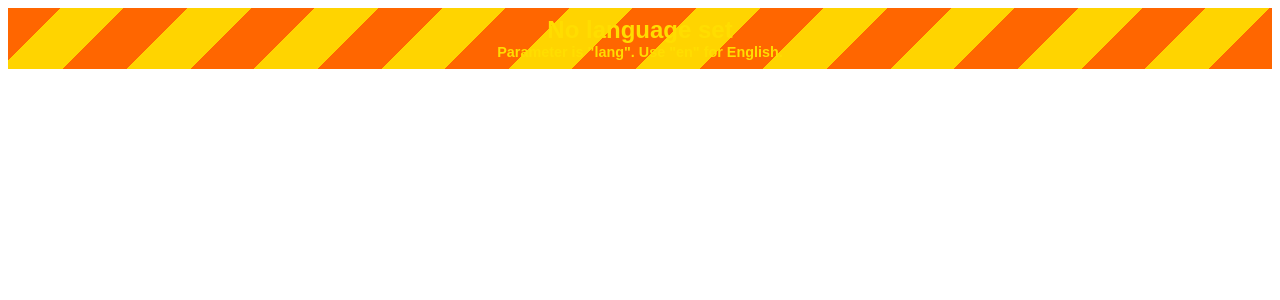
Repository: cirisus/ArknighTimer
Page: timer.html
An editor plug-in stored every save of this project. The page is shown before and after the next save, followed by the edit.
The browser window is 1280 px wide. The pictures show the whole page.

Above is the page before, as saved 2024-03-09 11:44:54.

### timer.html
<!DOCTYPE html>
<html>
  <head>
    <meta charset="UTF-8">
    <meta name="description" content="明日方舟同人中文站计时器本体">
    <meta name="keywords" content="arknights,wiki,timer">
    <link rel="stylesheet" href="/ArknighTimer/timer.css">
    <script src="/ArknighTimer/timer.js"></script>
    <title>计时器初始化中……</title>
  </head>

  <body>
    <noscript>This application requires Javascript to function.</noscript>

    <div id="timer">
      <h2 id="title"></h2>

      <div id="clock">
        <div id="years-div" class="unit">
          <span id="years" class="unit-value"></span>
          <span id="years-label" class="unit-label"></span>
        </div>

        <div id="months-div" class="unit">
          <span id="months" class="unit-value"></span>
          <span id="months-label" class="unit-label"></span>
        </div>

        <div id="days-div" class="unit">
          <span id="days" class="unit-value"></span>
          <span id="days-label" class="unit-label"></span>
        </div>

        <div id="hours-div" class="unit">
          <span id="hours" class="unit-value"></span>
          <span id="hours-label" class="unit-label"></span>
        </div>

        <div id="minutes-div" class="unit">
          <span id="minutes" class="unit-value"></span>
          <span id="minutes-label" class="unit-label"></span>
        </div>

        <div id="seconds-div" class="unit">
          <span id="seconds" class="unit-value"></span>
          <span id="seconds-label" class="unit-label"></span>
        </div>
      </div>
    </div>
  </body>
</html>

### timer.css
@import url('https://fonts.googleapis.com/css2?family=Bebas+Neue&display=swap');
:root {
  --primary-accent: 255, 102, 0;
  --secondary-accent: 255, 212, 0;
  --scale-3: 80,80,80;
}
body {
  font-family: Arial, sans-serif;
}
#timer {
  display: grid;
  grid-auto-columns: 1fr;
  grid-auto-rows: 1fr;
  grid-template-columns: 1fr;
  grid-template-rows: min-content 1fr;
  gap: 1px 1px;
  grid-template-areas:
    "title"
    "countdown";

  padding: 0.5rem;
  border-color: rgb(var(--primary-accent));
  background: repeating-linear-gradient(-45deg, rgb(var(--primary-accent)), rgb(var(--primary-accent)) 45px, rgb(var(--secondary-accent)) 0, rgb(var(--secondary-accent)) 90px);
}
#title {
  grid-area: title;
  text-align: center;
  margin-block-start: 0;
  margin-block-end: 0;
}

#clock {
  grid-area: countdown;
  color: #f3f2ec;
  background-color: rgb(var(--scale-3));
  -webkit-backdrop-filter: blur(5rem);
  backdrop-filter: blur(5rem);
  text-align: center;
  border-radius: 0.25em;
  margin: .5em
}

.unit {
  display: inline-block;
  margin: 0.5em;
}

.unit-value {
  font-family: "Bebas Neue", sans-serif;
  font-size: 2em;
  background-color: #ccc;
  border-radius: 0.25em;
  padding: 0.15em;
}

.unit-label {
  font-size: 1.5em;
}

/* Basic utility classes */
.hidden {
  display: none;
}

.error {
  color: #fd0;
}

.error-secondary {
  font-size: 0.6em;
}

.progress {
  color: black;
}

.finished {
  color: #282;
}

### timer.js
// Constants
var SECONDS_MS = 1000;
var MINUTES_MS = SECONDS_MS * 60;
var HOURS_MS = MINUTES_MS * 60;
var DAYS_MS = HOURS_MS * 24;

var SECONDS_ENUM = 0;
var MINUTES_ENUM = 1;
var HOURS_ENUM = 2;
var DAYS_ENUM = 3;
var MONTHS_ENUM = 4;
var YEARS_ENUM = 5;

// Initialization errors are only in English unfortunately.
function setError(primary, secondary = null) {
  var titleElement = document.getElementById('title');
  titleElement.classList.add('error');
  titleElement.innerText = primary;

  var clockElement = document.getElementById('clock');
  clockElement.classList.add('hidden');

  if (secondary) {
    var messageElement = document.createElement('div');
    messageElement.classList.add('error-secondary');
    messageElement.innerText = secondary;
    titleElement.appendChild(messageElement);
  }
}

// Localization
function getMessage(language, messageKey) {
  var translations = {
    // English
    'en': {
      'timer-description': 'Timer expiring at',
      'timer-progress': 'This timer will expire in',
      'timer-finished': 'This timer has been expired since',
      'years': 'years',
      'months': 'months',
      'days': 'days',
      'hours': 'hours',
      'minutes': 'minutes',
      'seconds': 'seconds',
    },

    // French
    'fr': {
      'timer-description': 'Fin du compte à rebours à',
      'timer-progress': 'Ce compte à rebours se terminera dans',
      'timer-finished': 'Ce compte à rebous est terminé depuis',
      'years': 'ans',
      'months': 'mois',
      'days': 'jours',
      'hours': 'heures',
      'minutes': 'minutes',
      'seconds': 'secondes',
    },

    // Pig Latin
    'pig': {
      'timer-description': 'Imertay expiringyay atyay',
      'timer-progress': 'Isthay imertay illway expireyay inyay',
      'timer-finished': 'Isthay imertay ashay eenbay expiredyay incesay',
      'years': 'earsyay',
      'months': 'onthsmay',
      'days': 'aysday',
      'hours': 'ourshay',
      'minutes': 'inutesmay',
      'seconds': 'econdssay',
    },

    // Spanish
    'es': {
      'timer-description': 'El temporizador finaliza en',
      'timer-progress': 'El temporizador finalizará en',
      'timer-finished': 'El temporizador ha finalizado desde hace',
      'years': 'años',
      'months': 'meses',
      'days': 'días',
      'hours': 'horas',
      'minutes': 'minutos',
      'seconds': 'segundos',
    },

    // Vietnamese
    'vi': {
      'timer-description': 'Đồng hồ kết thúc vào',
      'timer-progress': 'Đồng hồ sẽ kết thúc trong',
      'timer-finished': 'Đồng hồ này đã kết thúc kể từ',
      'years': 'năm',
      'months': 'tháng',
      'days': 'ngày',
      'hours': 'giờ',
      'minutes': 'phút',
      'seconds': 'giây',
    },

    // Simplified Chinese
    'cn': {
      'timer-description': '此计时器将过期于：',
      'timer-progress': '此计时器将过期于：',
      'timer-finished': '此计时器已过期：',
      'years': '年',
      'months': '月',
      'days': '日',
      'hours': '时',
      'minutes': '分',
      'seconds': '秒',
    },
  };

  // Special case:
  // The 'test' language just echoes the message key back out.
  if (language === 'test') {
    return messageKey;
  }

  // Get message based on language
  var messages = translations[language];
  if (!messages) {
    setError('No translations for language: ' + language);
    return null;
  }

  var message = messages[messageKey];
  if (!message) {
    setError('No such message key: ' + messageKey);
    return null;
  }

  return message;
}

function insertCSS(styling) {
  var head = document.head || document.getElementsByTagName('head')[0];
  var style = document.createElement('style');

  style.type = 'text/css';
  style.appendChild(document.createTextNode(styling));
  head.appendChild(style);
}

function getDaysInFebruary(startYear) {
  return (startYear % 4 === 0 && startYear % 100 !== 0)
    || startYear % 400 === 0 ? 29 : 28;
}

function elapsedData(targetTime) {
  var now = new Date();
  var elapsed = now - targetTime;

  if (elapsed >= 0) {
    // Date is in the past
    return {
      elapsed: elapsed,
      finished: true,
      startTime: targetTime,
      endTime: now,
    };
  } else {
    // Date is in the future
    return {
      elapsed: -elapsed,
      finished: false,
      startTime: now,
      endTime: targetTime,
    };
  }
}

// Based on https://stackoverflow.com/a/49201872
// Calculate differences greater than a day.
function dateDiff(startDate, endDate) {
  // Trim sub-day differences to avoid 0.8 days from rounding up.
  var diff = endDate - startDate;
  diff -= Math.floor(diff % DAYS_MS);
  endDate = new Date(startDate.getTime() + diff);

  // Get month data
  var february = getDaysInFebruary(startDate.getFullYear());
  var daysInMonth = [31, february, 31, 30, 31, 30, 31, 31, 30, 31, 30, 31];

  var yearDiff = endDate.getFullYear() - startDate.getFullYear();
  var monthDiff = endDate.getMonth() - startDate.getMonth();
  if (monthDiff < 0) {
    yearDiff--;
    monthDiff += 12;
  }

  var dayDiff = endDate.getDate() - startDate.getDate();
  if (dayDiff < 0) {
    if (monthDiff > 0) {
      monthDiff--;
    } else {
      yearDiff--;
      monthDiff = 11;
    }

    dayDiff += daysInMonth[startDate.getMonth()];
  }

  return {
    years: yearDiff,
    months: monthDiff,
    days: dayDiff,
  };
}

// Calculate difference in time, in all units
function timeRemaining(targetTime) {
  var data = elapsedData(targetTime);

  // Differences > 1 day
  var dateDiffs = dateDiff(data.startTime, data.endTime);
  var years = dateDiffs.years;
  var months = dateDiffs.months;
  var days = dateDiffs.days;

  // Differences < 1 day
  var elapsed = Math.floor(data.elapsed % DAYS_MS);

  var hours = Math.floor(elapsed / HOURS_MS);
  elapsed = Math.floor(elapsed % HOURS_MS);

  var minutes = Math.floor(elapsed / MINUTES_MS);
  elapsed = Math.floor(elapsed % MINUTES_MS);

  var seconds = Math.floor(elapsed / SECONDS_MS);
  elapsed = Math.floor(elapsed % MINUTES_MS);

  // Get highest unit present
  var highest;
  if (years > 0) {
    highest = YEARS_ENUM;
  } else if (months > 0) {
    highest = MONTHS_ENUM;
  } else if (days > 0) {
    highest = DAYS_ENUM;
  } else if (hours > 0) {
    highest = HOURS_ENUM;
  } else if (minutes > 0) {
    highest = MINUTES_ENUM;
  } else {
    highest = SECONDS_ENUM;
  }

  return {
    years: years,
    months: months,
    days: days,
    hours: hours,
    minutes: minutes,
    seconds: seconds,
    finished: data.finished,
    highest: highest,
  };
}

function setTimerField(language, field, value) {
  var visible = value !== null;

  if (visible) {
    document.getElementById(field).innerText = value;
  }

  setTimerFieldVisibility(field, visible);
}

function setTimerFieldVisibility(field, visible) {
  var element = document.getElementById(field + '-div');

  if (visible) {
    element.classList.remove('hidden');
  } else {
    element.classList.add('hidden');
  }
}

function createTimer(language, targetTime, progressMessage, finishedMessage) {
  progressMessage = progressMessage || getMessage(language, 'timer-progress');
  finishedMessage = finishedMessage || getMessage(language, 'timer-finished');

  // Update routine, to invoke every second
  var timerFields = [
    ['years', YEARS_ENUM, 1],
    ['months', MONTHS_ENUM, 1],
    ['days', DAYS_ENUM, 1],
    ['hours', HOURS_ENUM, 2],
    ['minutes', MINUTES_ENUM, 2],
    ['seconds', SECONDS_ENUM, 2],
  ];

  // Initial application of field labels
  for (var i = 0; i < timerFields.length; i++) {
    var field = timerFields[i][0];
    document.getElementById(field + '-label').innerText = getMessage(language, field);
  }

  function updateTimer() {
    var remaining = timeRemaining(targetTime);

    // Set title message
    var titleElement = document.getElementById('title');

    if (remaining.finished) {
      titleElement.innerText = finishedMessage;
      titleElement.classList = ['finished'];
    } else {
      titleElement.innerText = progressMessage;
      titleElement.classList = ['progress'];
    }

    // Set individual timer fields
    for (var i = 0; i < timerFields.length; i++) {
      var field = timerFields[i][0];
      var fieldEnum = timerFields[i][1];
      var padWidth = timerFields[i][2];

      // If the value is to be shown, then display it.
      // Ensure digits are padded to the appropriate width.
      var value = remaining.highest >= fieldEnum
        ? String(remaining[field]).padStart(padWidth, '0')
        : null;

      setTimerField(language, field, value);
    }
  }

  // Set title.
  // Since this is meant to be used as an iframe, setting it every tick is pointless.
  document.title = getMessage(language, 'timer-description') + ' ' + targetTime;

  // Configure timer to run regularly.
  updateTimer();
  setInterval(updateTimer, 1000);
}

function setup() {
  // Get parameters
  var url = new URL(window.location.href);
  var parameters = new URLSearchParams(url.search);
  var language = parameters.get('lang');
  var timestamp = parameters.get('time');
  var progressMessage = parameters.get('progress');
  var finishedMessage = parameters.get('finished');
  var styling = parameters.get('style'); // allows custom CSS to be injected

  // Check parameters
  if (!language) {
    setError('No language set', 'Parameter is "lang". Use "en" for English.');
    return;
  }

  if (!timestamp) {
    setError('No timestamp set', 'Parameter is "time". You can use a UNIX timestamp or an ISO string.');
    return;
  }

  var targetTime;
  if (/^\d+(\.\d+)?$/.exec(timestamp)) {
    targetTime = new Date(parseFloat(timestamp) * 1000);
  } else {
    targetTime = new Date(timestamp);
    if (isNaN(targetTime)) {
      setError('Invalid timestamp', timestamp);
      return;
    }
  }

  // Insert custom CSS, if any
  if (styling !== null) {
    insertCSS(styling);
  }

  // Initialize clock
  createTimer(language, targetTime, progressMessage, finishedMessage);
}

setTimeout(setup, 5);

After the next save:
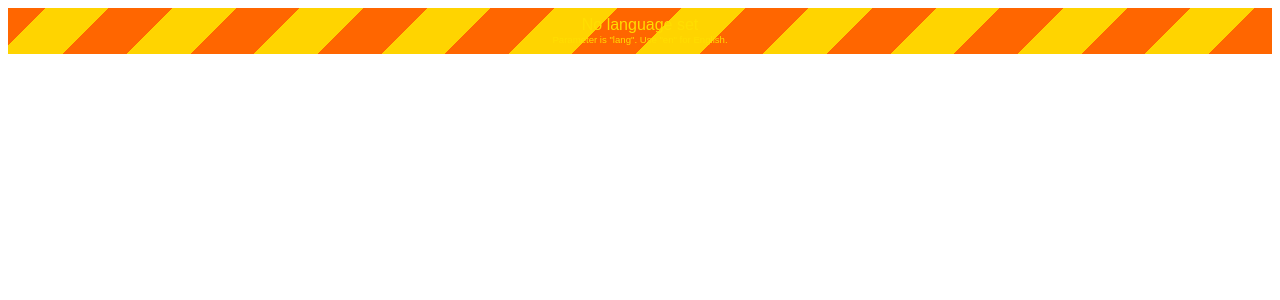
Saved 5 s later.
--- a/timer.html
+++ b/timer.html
@@ -13,7 +13,9 @@
     <noscript>This application requires Javascript to function.</noscript>
 
     <div id="timer">
+      <div id="title">
       <h2 id="title"></h2>
+      </div>
 
       <div id="clock">
         <div id="years-div" class="unit">
@@ -45,6 +47,7 @@
           <span id="seconds" class="unit-value"></span>
           <span id="seconds-label" class="unit-label"></span>
         </div>
+
       </div>
     </div>
   </body>
